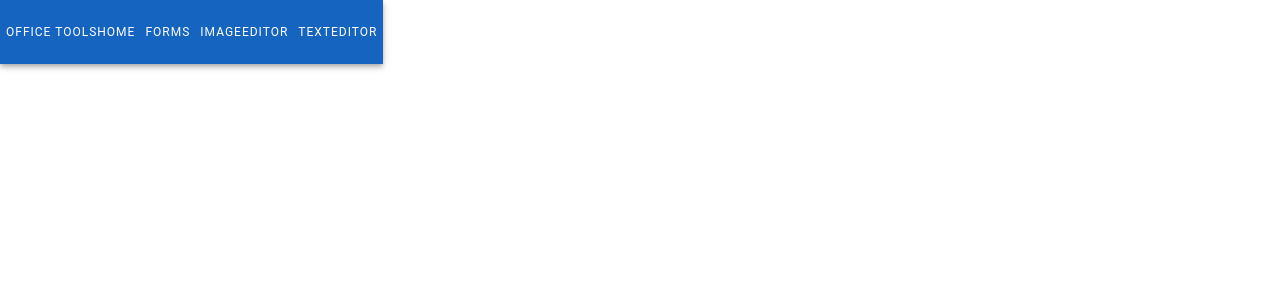
Repository: Vijay-Singh1/office-tools
Page: /
The author's editor kept a copy of each file at every save. The page is drawn from the files as they stood at one save, then again after the next save.
The browser window is 1280 px wide. The pictures show the whole page.
The project was rebuilt for these pictures with package versions that can differ from the ones it lists, and the page was loaded fresh each time. Also part of the build but not shown: vite.config.ts, src/FormBuilderApp/src/pages/FormBuilderHome.tsx, src/FormBuilderApp/src/pages/CreateForm.tsx, src/FormBuilderApp/src/pages/OpenForms.tsx, src/components/common/sidebar/Sidebar.tsx, src/FormBuilderApp/src/pages/FormBuilderMain.tsx, src/App.css.

Above is the page before, as saved 2024-09-05 21:31:29.

After the next save:
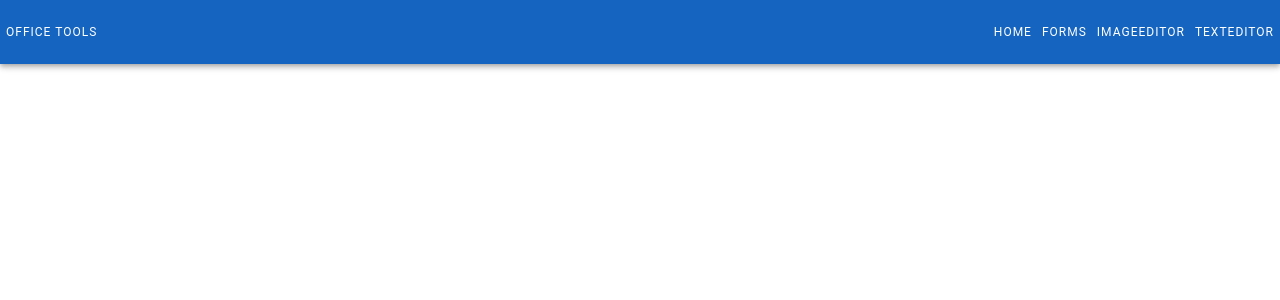
Saved 17 s later.
--- a/src/App.tsx
+++ b/src/App.tsx
@@ -7,7 +7,7 @@ import Appbar from "./components/common/appBar/Appbar";
 const App: React.FC = () => {
 
   return (
-    <Box display="flex" flex={1}>
+    <Box >
       <Stack direction="column">
     <Appbar/>
       <Box>
